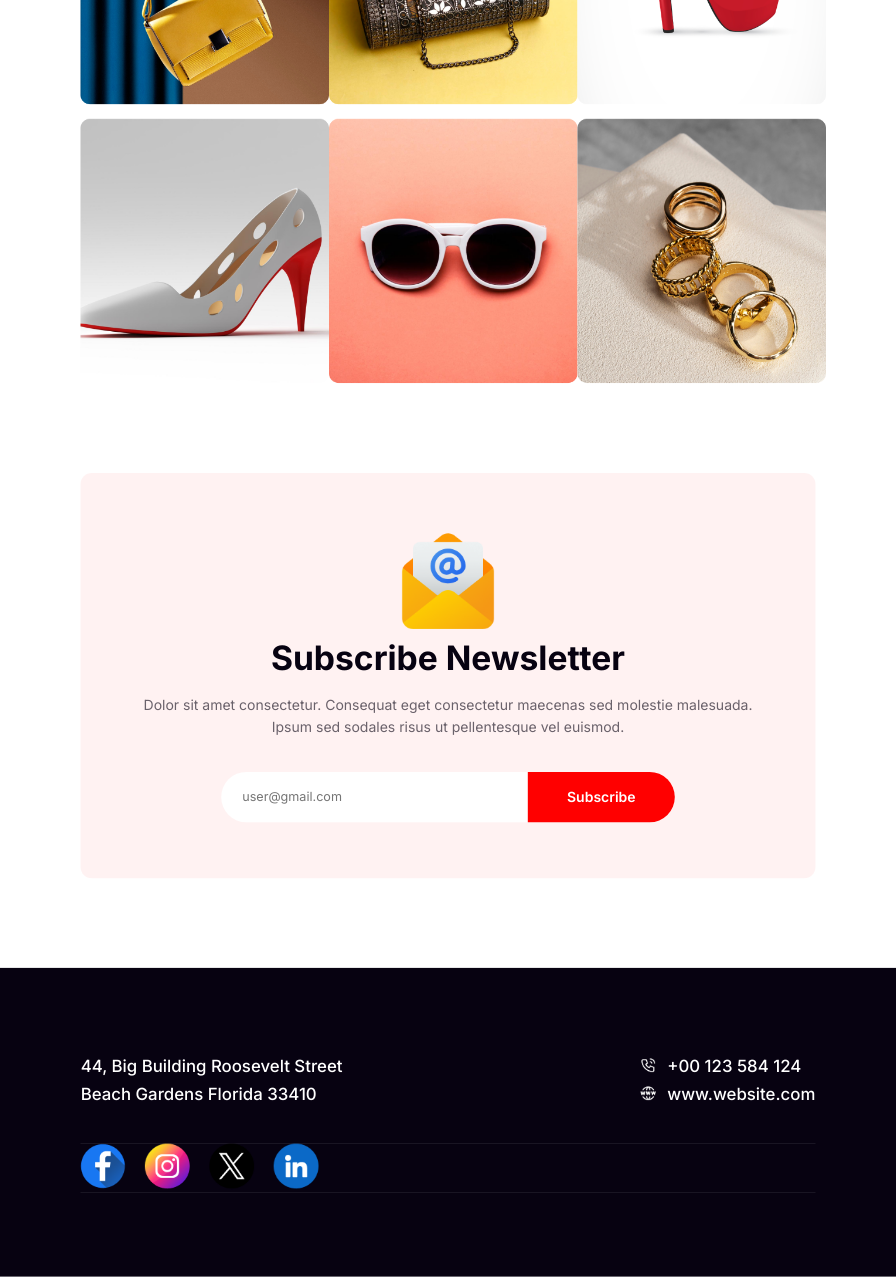
Repository: rahmatahmedrifat/First-Assignment
Page: index.html
These files come from the project's save history. The page is drawn as it stood at one moment and after the next save; the edit follows.
The browser window is 1280 px wide. The pictures show the part of the page from y = 3864 to 5784 px (the page is 5688 px tall before and 5784 px after), at 70% of full size.

Above is the page before, as saved 2024-01-08 22:06:38.

### index.html
<!DOCTYPE html>
<html lang="en">
<head>
    <meta charset="UTF-8">
    <meta name="viewport" content="width=device-width, initial-scale=1.0">
    <!-- Title  -->
    <title>New Year 2024</title>
    <!-- favicon icon linked -->
    <link rel="shortcut icon" href="images/New Year Photo.png" type="image/x-icon">
    <!-- style css linked-->
    <link rel="stylesheet" href="Style/style.css">
</head>
<body>
    <!-- header part  -->
    <header>
        <!-- banner section part -->
        <section id="banner">
            <div class="container">
                <div class="banner-container">
                    <div class="banner-content">
                        <h3 class="celebration">Happy New Year</h3>
                        <h2 class="banner-title">New Year Party Celebration</h2>
                    </div>
                </div>
            </div>
        </section>
    </header>
    <!-- main part -->
    <main>
        <!-- categories section part  -->
            <section id="categories">
                <div class="container">
                    <div class="categories-container">
                        <h2 class="categories-discount">65% OFF</h2>
                        <p class="primary-summery">OUR HOLIDAY DEALS ARE BETTER</p>
                        <h3 class="categories-title">ALL CATEGORIES</h3>
                        <div class="categories-img">
                            <img id="new-year-img" src="images/New Year Photo.png" alt="Happy New Year">
                        </div>
                    </div>
                </div>
            </section>

            <!-- party-banner section part -->
            <section id="party-banner">
                <div class="container">
                    <div class="party-container">
                        <div class="party-content">
                            <h2 class="party-title">Welcome to midnight party</h2>
                            <p class="party-description">Dolor sit amet consectetur. Consequat eget consectetur maecenas sed molestie malesuada. Ipsum sed sodales risus ut pellentesque vel euismod. </p>
                            <button id="join-now-btn">JOIN NOW</button>
                        </div>
                        <img class="party-img" src="images/icon/Group 70.png" alt="party-img">
                    </div>
                </div>
            </section>
            <!-- Announce section part -->
            <section id="announce">
                <div class="container">
                    <div class="announce-content">
                        <h4 class="announce-title"><span class="title-color">Place:</span> New Park Hotel</h4>
                        <h4 class="announce-title"><span class="title-color">Date:</span> 31 December Night 2023</h4>
                        <h4 class="announce-title"><span class="title-color">Time:</span> Evening 7.30 pm to 12.30 am</h4>
                        <button class="announce-btn">Join Now</button>
                    </div>
                </div>
            </section>
            <!-- best offer section part -->
            <section id="best-offer">
                <div class="container">
                    <div class="best-offer-container">
                        <div class="best-offer-content">
                            <p class="primary-summery">NEW BEST OFFER</p>
                            <h3 class="similer-title">Coming Soon</h3>
                            <p class="similer-description">Dolor sit amet consectetur. Consequat eget consectetur maecenas sed molestie malesuada. Ipsum sed sodales risus ut pellentesque vel euismod. </p>
                        </div>
                        <div class="best-offer-img-content">

                                <img class="best-offer-img" src="images/Ellipse 1.png" alt="best-offer-images">

                        </div>
                        <div class="best-offer-year-content">
                            <h3 class="best-offer-year">2024</h3>
                            <p class="best-offer-description">Dolor sit amet consectetur. Consequat eget consectetur maecenas sed.</p>
                            <img class="best-offer-year-img" src="images/icon/Group 96.png" alt="best-offer-year-img">
                        </div>
                    </div>
                </div>
            </section>
            <!-- Portfolio section part -->

            <section id="portfolio">
                <div class="container">
                    <div class="portfolio-container">
                        <div class="portfolio-box">
                            <p class="primary-summery">THE BEST GIFTS</p>
                            <h3 class="similer-title">Our Awesome Portfolio</h3>
                            <p class="similer-description description-padd">Dolor sit amet consectetur. Consequat eget consectetur maecenas sed molestie malesuada. Ipsum sed sodales risus ut pellentesque vel euismod. </p>
                        </div>
                            <div class="portfolio-content">
                                <img class="portfolio-img" src="images/Portfolio images/Rectangle 3.png" alt="">
                                <img class="portfolio-img" src="images/Portfolio images/Rectangle 4.png" alt="">
                                <img class="portfolio-img" src="images/Portfolio images/Rectangle 5.png" alt="">
                            </div>
                            <div class="portfolio-content">
                                <img class="portfolio-img" src="images/Portfolio images/Rectangle 6.png" alt="">
                                <img class="portfolio-img" src="images/Portfolio images/Rectangle 7.png" alt="">
                                <img class="portfolio-img" src="images/Portfolio images/Rectangle 8.png" alt="">
                            </div>
                        </div>
                    </div>
            </section>
            <!-- newsletter section part -->
            <section id="newsletter">
                <div class="container">
                    <div class="news-container">
                        <div class="news-content">
                            <img src="images/icon/Group 61.png" alt="">
                            <h3 class="similer-title">Subscribe Newsletter</h3>
                            <p class="similer-description description-mar">Dolor sit amet consectetur. Consequat eget consectetur maecenas sed molestie malesuada. Ipsum sed sodales risus ut pellentesque vel euismod. </p>
                            <form class="form" action="">
                                <input type="email" placeholder="user@gmail.com" alt="email" id="">
                                <button class="subscribe-btn">Subscribe</button>
                            </form>
                        </div>

                    </div>
                </div>
            </section>
    </main>
    <!--  footer part -->
    <footer>
        <section id="footer">
            <div class="container">
                <div class="footer-describe-part line-color">
                    <div class="footer-address">
                        <p class="address-similer">44, Big Building Roosevelt Street</p>
                        <p class="address-similer">Beach Gardens Florida 33410</p>
                    </div>
                    <div class="footer-address">
                        <div class="call-icon">
                            <img src="images/icon/Call.png" alt="">
                            <a class="address-similer">+00 123 584 124</a>
                        </div>

                        <div class="website-icon">
                            <img src="images/icon/Website.png" alt="">
                            <a class="address-similer">www.website.com</a>
                        </div>
                    </div>
                </div>
                <div class="footer-social line-color">
                    <a href=""><img src="images/icon/Facebook.png" alt=""></a>
                    <a href=""><img src="images/icon/Instagram.png" alt=""></a>
                    <a href=""><img src="images/icon/Twitter.png" alt=""></a>
                    <a href=""><img src="images/icon/Linkedin.png" alt=""></a>
                </div>
                <div class="reserved"></div>
            </div>
        </section>
    </footer>
</body>
</html>

### Style/style.css
/* import google fonts */
@import url('https://fonts.googleapis.com/css2?family=Inter:wght@100;200;300;400;500;600;700;800;900&family=Merriweather:ital,wght@0,300;0,400;0,700;0,900;1,300;1,400;1,700;1,900&display=swap');

*{
    margin: 0;
    padding: 0;
    outline: 0;
}

.container{
    width: 82%;
    margin: 0 auto;
}
/* primary content */
.primary-summery{
    font-family: Inter;
    font-size: 24px;
    font-style: normal;
    font-weight: 500;
    color: #F00;
    line-height: normal;
}
/* banner section related css style */
#banner{
    margin-top: 30px;
}
.banner-container{
    background-image: linear-gradient(180deg, #070211 0%, rgba(7, 2, 17, 0.00) 100%), url(../images/Banner\ Image.png);
    background-size: cover;
    background-repeat: no-repeat;
    background-position: center;
    border-radius: 16px;
    padding: 177px 0px;
}
.banner-container .banner-content{
    width: 632px;
    margin: 0 auto;
}
.banner-container .banner-content .celebration{
    color: #FFF;
    text-align: center;
    font-family: Merriweather;
    font-size: 32px;
    font-style: normal;
    font-weight: 400;
    line-height: normal;
    margin-bottom: 16px;
    z-index: 99;
}
.banner-container .banner-content .banner-title{
    color: #FFF;
    text-align: center;
    font-family: Merriweather;
    font-size: 72px;
    font-style: normal;
    font-weight: 900;
    line-height: 95px;
}
/* categories section related css style */

#categories{
    margin: 120px 0px;
}
.categories-container{
    text-align: center;
}
.categories-container .categories-discount{
    font-family: Inter;
    font-size: 88px;
    font-style: normal;
    font-weight: 700;
    color: #F00;
    line-height: normal;
    margin-bottom: 48px;
}

.categories-title{
    font-family: Inter;
    font-size: 48px;
    font-style: normal;
    font-weight: 700;
    color: #070211;
    line-height: normal;
    margin-bottom: 48px;
}
.categories-container .categories-img{
    width: 800px;
    margin: 0 auto;
}
.categories-img #new-year-img{
    max-width: 100%;
}

/* party-banner section css style  */
#party-banner{

}
.party-container{
    background-image: linear-gradient(90deg, #070211 0%, rgba(7, 2, 17, 0.00) 100%), url(../images/Vectorrr.png);
    background-position: center;
    background-repeat: no-repeat;
    background-size: cover;
    display: flex;
    align-items: center;
    justify-content: space-between;
    border-radius: 16px;
    padding: 70px 70px;
}
.party-container .party-content{
    width: 900px;
}
.party-content .party-title{
    font-family: Merriweather;
    font-size: 64px;
    font-style: normal;
    font-weight: 900;
    color: #FFF;
    line-height: 88px;
    letter-spacing: 3px;
}
.party-content .party-description{
    font-family: Inter;
    font-size: 18px;
    font-style: normal;
    font-weight: 400;
    color: rgba(255, 255, 255, 0.80);
    line-height: 30px;
    margin-top: 20px;
}
#join-now-btn{
    font-family: Inter;
    font-size: 20px;
    font-style: normal;
    font-weight: 700;
    color: #FFF;
    background: transparent;
    line-height: normal;
    text-transform: uppercase;
    border: none;
    cursor: pointer;
    margin-top: 48px;
    margin-left: 32px;
}
.party-container .party-img{
    width: 270px;
    max-width: 100%;
}

/* Announce section css style */

#announce{
    margin: 120px 0px;
}
.announce-content{
    background: linear-gradient(180deg, rgba(255, 0, 0, 0.10) 0%, rgba(255, 0, 0, 0.00) 100%);
    padding: 100px 0;
    text-align: center;
}
.announce-content .announce-title{
    color: #070211;
    font-family: Inter;
    font-size: 32px;
    font-style: normal;
    font-weight: 600;
    line-height: 56px;
    text-transform: capitalize;
}
.announce-content .announce-title .title-color{
    color: #F00;
}
.announce-btn{
    font-family: Inter;
    font-size: 20px;
    font-style: normal;
    font-weight: 700;
    line-height: normal;
    color: #FFF;
    text-align: center;
    text-transform: uppercase;
    border-radius: 8px;
    background: #F00;
    padding: 16px 32px;
    border: none;
    cursor: pointer;
    transition: all ease 0.5s;
    margin-top: 48px;
}
.announce-btn:hover{
    background: #fff;
    color: #f00;
    outline: 1px solid #F00;
}
/* best-offer section style css */
#best-offer{
    margin-bottom: 128px;
}
.similer-title{
    font-family: Inter;
    font-size: 48px;
    font-style: normal;
    font-weight: 700;
    color: #070211;
    line-height: normal;
}
.similer-description{
    font-family: Inter;
    font-size: 20px;
    font-style: normal;
    font-weight: 400;
    color: rgba(7, 2, 17, 0.60);
    line-height: 32px;
    margin-top: 22px;
}
.best-offer-container{
    display: flex;
    align-items: center;
    gap: 20px;
}
.best-offer-content{
    width: 700px;
}
.best-offer-img-content{
    min-height: 350px;
    min-width: 350px;
    border: 15px solid #f00;
    border-radius: 50%;
    position: relative;
    position: relative;
}
.best-offer-img-content .best-offer-img{
    position: absolute;
    width: 270px;
    inset: 41px;
}
.best-offer-year-content .best-offer-year{
    font-family: Inter;
    font-size: 48px;
    font-style: normal;
    font-weight: 700;
    color: #F00;
    line-height: normal;
    margin-top: 65px;
}
.best-offer-year-content .best-offer-description{
    margin-top: 10px !important;

}
.best-offer-year-content{
    width: 500px;
}
.best-offer-year-content .best-offer-year-img{
    max-width: 140px;
    margin-top: 38px;
}


/*  portfolio section css style */
.portfolio-container{

}
.portfolio-container .description-padd{
    margin-bottom: 48px ;
}
.portfolio-container .portfolio-content{
    display: flex;
    align-items: center;
    justify-content: space-between;
    margin-top: 20px;
}
.portfolio-box{
    width: 896px;
}
.portfolio-container .portfolio-content .portfolio-img{
    max-width: 355px;
    transition: all ease 0.5s;
}
.portfolio-content .portfolio-img:hover{
    filter: grayscale(1);
    transform: scale(1.05);
}
/* newsletter section css style  */
#newsletter{
    margin: 128px 0px;
}
.news-container{
    border-radius: 16px;
    background: rgba(255, 0, 0, 0.05);
    padding: 80px 0px;
}
.news-content{
    width: 896px;
    margin: 0 auto;
    text-align: center;
}
.news-content img{
    width: 150px;
    height: 150px;
}
.form{
    width: 648px;
    height: 72px;
    display: flex;
    margin: 0 auto;
}
.form input{
    background: #fff;
    width: 438px;
    flex-grow: 1;
    color: rgba(7, 2, 17, 0.30);
    font-family: Inter;
    font-size: 18px;
    font-style: normal;
    font-weight: 400;
    line-height: normal;
    padding-top: 25px;
    padding-bottom: 25px;
    padding-left: 30px;
    border: none;
    border-radius: 50px 0px 0px 50px;
    outline: 1px transparent;
    transition: all ease 0.5s;
}
.form input:hover{
    outline: 1px solid #f00;
}
.form .subscribe-btn{
    color: #FFF;
    font-family: Inter;
    font-size: 20px;
    font-style: normal;
    font-weight: 600;
    line-height: normal;
    text-transform: capitalize;
    border-radius: 0px 50px 50px 0px;
    background: #F00;
    padding: 24px 56px;
    border: none;
    transition: all ease 0.5s;
}
.form .subscribe-btn:hover{
    outline: 1px solid #f00;
    background: #fff;
    color: #f00;
}
.description-mar{
    margin-bottom: 48px;
}
/* footer section part css style */

#footer{
    background: #070211;
    padding: 120px 0;
}
.line-color{
    border-bottom: 1px solid rgba(255, 255, 255, 0.15);
}
.footer-describe-part{
    display: flex;
    justify-content: space-between;
}
.footer-address{
    margin-bottom: 50px;
}
.footer-address .address-similer {
    color: #FFF;
    font-family: Inter;
    font-size: 24px;
    font-style: normal;
    font-weight: 500;
    line-height: 40px;
    text-decoration: none;
    cursor: pointer;
}
.call-icon, .website-icon{
    display: flex;
    align-items: center;
}
.call-icon img, .website-icon img{
    width: 24px;
    margin-right: 15px;
}

.footer-social{
    margin: 0 auto;
}
.footer-social a{
    width: 64px;
    padding-right: 24px;
}

After the next save:
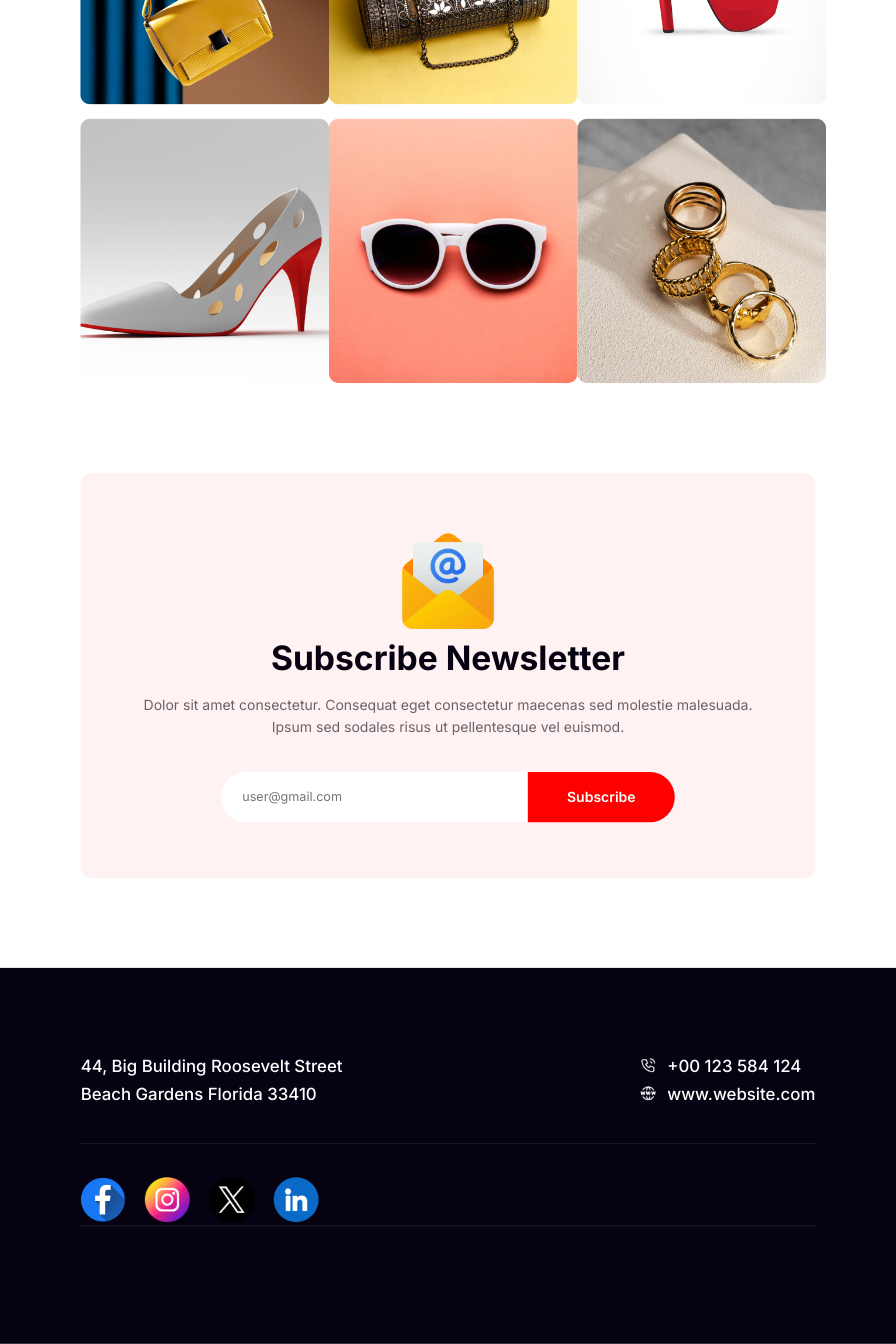
Saved 27 s later.
--- a/Style/style.css
+++ b/Style/style.css
@@ -381,7 +381,7 @@
 }
 
 .footer-social{
-    margin: 0 auto;
+    margin: 48px auto;
 }
 .footer-social a{
     width: 64px;

After the save that followed:
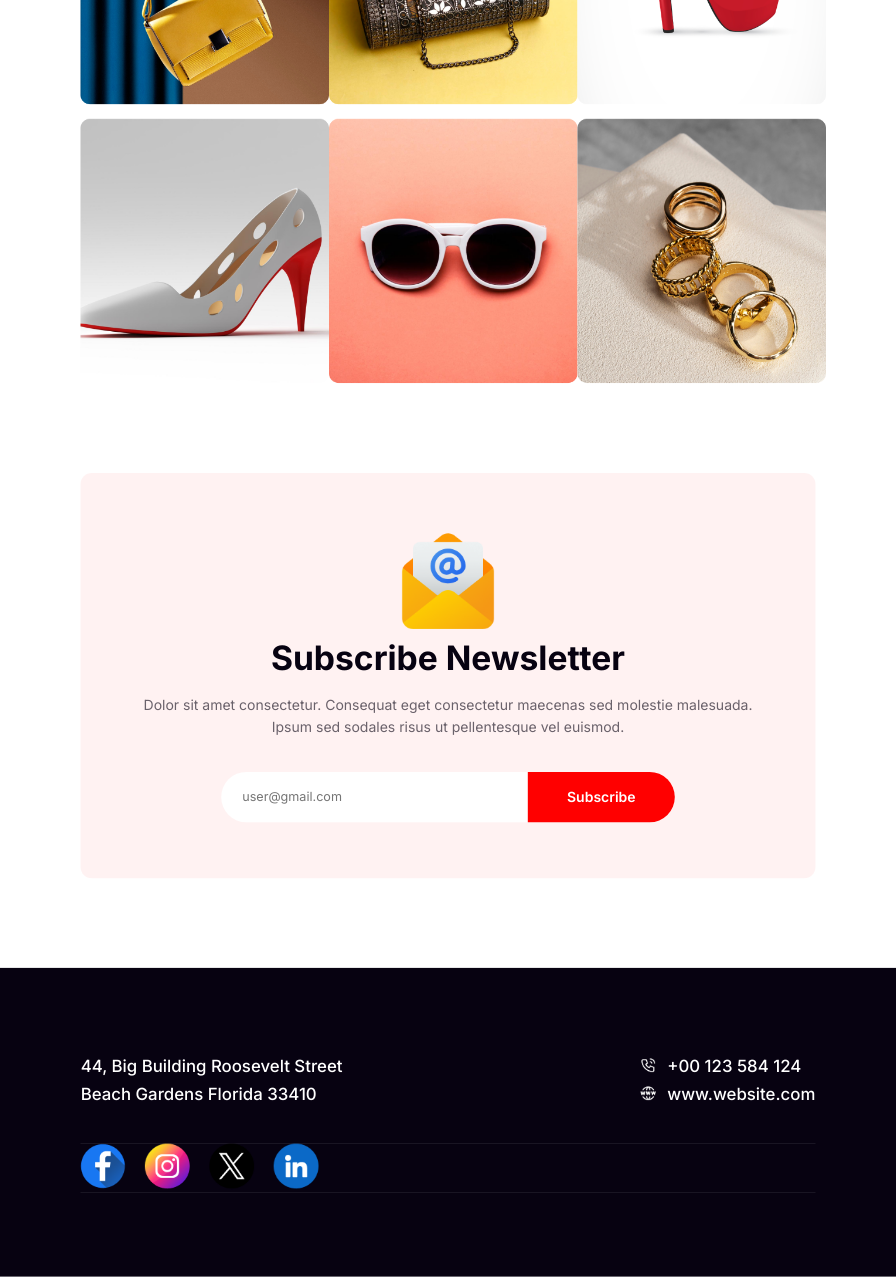
Saved 38 s later.
--- a/Style/style.css
+++ b/Style/style.css
@@ -381,7 +381,7 @@
 }
 
 .footer-social{
-    margin: 48px auto;
+    margin: 0 auto;
 }
 .footer-social a{
     width: 64px;
